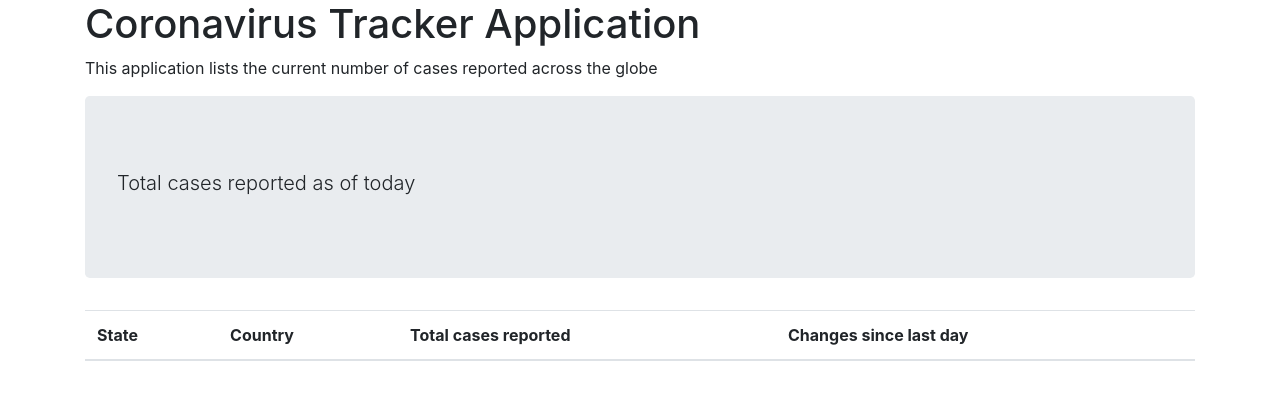
Repository: safaladhikari1/CoronaVirusTrackerApp
Page: http://localhost/home
The author's editor kept a copy of each file at every save. The page is drawn from the files as they stood at one save, then again after the next save.
The browser window is 1280 px wide. The pictures show the whole page.
The page is this project's Thymeleaf template; nobody is signed in. The template is opened directly, without the code that normally fills it, so the values that code supplies are empty.

Above is the page before, as saved 2020-08-30 08:58:29.

### coronavirus-tracker/src/main/resources/templates/home.html
<!DOCTYPE html>

<html xmlns:th="http://www.thymeleaf.org">

  <head>
    <title>Coronavirus Tracker Application</title>
    <meta http-equiv="Content-Type" content="text/html; charset=UTF-8" />
    <link rel="stylesheet" href="https://stackpath.bootstrapcdn.com/bootstrap/4.5.2/css/bootstrap.min.css" integrity="sha384-JcKb8q3iqJ61gNV9KGb8thSsNjpSL0n8PARn9HuZOnIxN0hoP+VmmDGMN5t9UJ0Z" crossorigin="anonymous">


  </head>

  <body>

  <div class="container">

   	<h1>Coronavirus Tracker Application</h1>

  	<p>This application lists the current number of cases reported across the globe</p>

    <div class="jumbotron">
  		<h1 class="display-4" th:text="${totalReportedCases}"></h1>
  		<p class="lead">Total cases reported as of today</p>
	</div>

  	<table class="table">
  		<thead>
		  <tr>
		    <th>State</th>
		    <th>Country</th>
		    <th>Total cases reported</th>
		    <th>Changes since last day</th>
		  </tr>
  		</thead>
  		<tbody>
		  <tr th:each="locationStat : ${locationStats}">
		    <td th:text="${locationStat.state}"></td>
		    <td th:text="${locationStat.country}"></td>
		    <td th:text="${locationStat.latestTotalCases}">0</td>
		    <td th:text="${locationStat.diffFromPrevDay}">0</td>
		  </tr>
  		</tbody>
	</table>

  </div>

  </body>

</html>

After the next save:
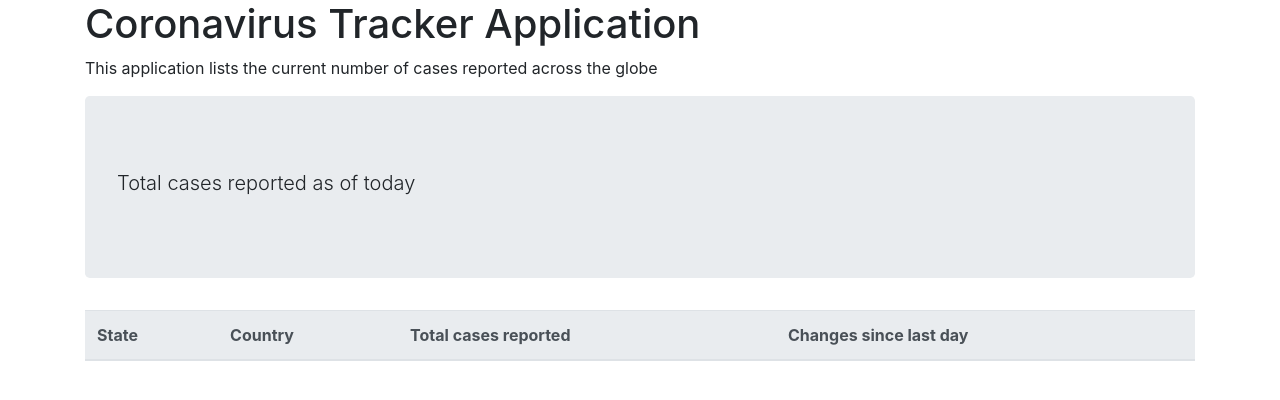
Saved 4 min 26 s later.
--- a/coronavirus-tracker/src/main/resources/templates/home.html
+++ b/coronavirus-tracker/src/main/resources/templates/home.html
@@ -24,7 +24,7 @@
 	</div>
 
   	<table class="table">
-  		<thead>
+  		<thead class="thead-light">
 		  <tr>
 		    <th>State</th>
 		    <th>Country</th>
